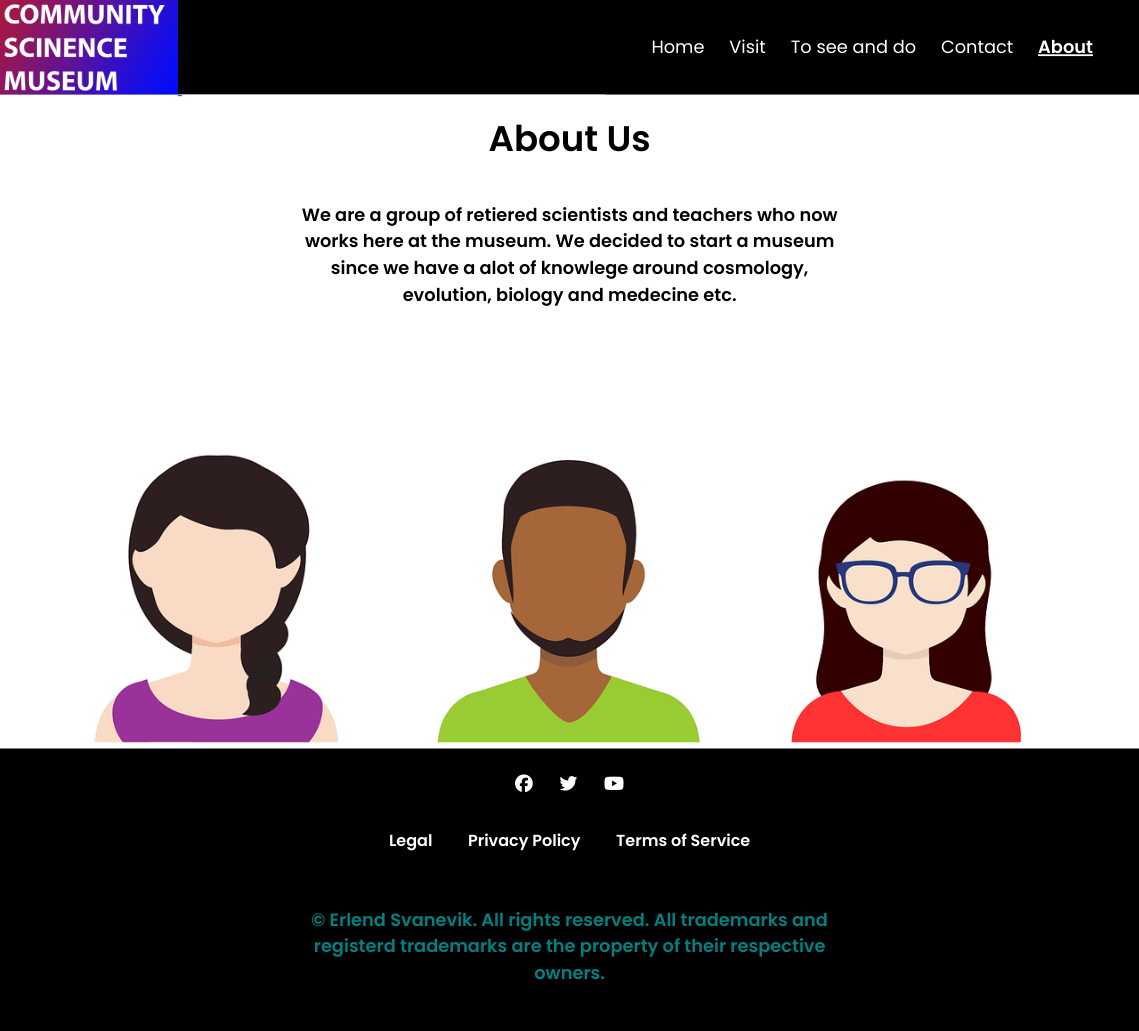
Repository: EpleWasTaken/Semester-Project
Page: about.html
These files come from the project's save history. The page is drawn as it stood at one moment and after the next save; the edit follows.
The browser window is 1280 px wide. The pictures show the whole page, at 89% of full size.
Some web libraries are served in a nearby version.

Above is the page before, as saved 2020-12-12 13:03:38.

### about.html
<!DOCTYPE html>
<html lang="en">
<head>
    <meta charset="UTF-8">
    <meta name="viewport" content="width=device-width, initial-scale=1.0">
    <meta name="keywords" content="museum, science museum, community museum">
    <meta name="author" content="Erlend Molvik Svanevik">
    <title>CMS About</title>

    <link rel="preconnect" href="https://fonts.gstatic.com">
    <link href="https://fonts.googleapis.com/css2?family=Poppins:ital,wght@0,100;0,200;0,300;0,400;0,500;0,600;1,100;1,200;1,300;1,400;1,500;1,600&display=swap" rel="stylesheet">
    <link rel="stylesheet" href="./css/styles.css">
    <link rel="stylesheet" href="./css/footer.css">
    <link rel="stylesheet" href="/css/hamburger.css">
    <script src="https://kit.fontawesome.com/cafca22d75.js" crossorigin="anonymous"></script>
</head>


<!--NAVIGAION, LOGO AND SEARCH BAR-->


<body>
    <header>
        <a href="index.html" aria-label="Go to frontpage">
            <img src="/Images/CommunityScienceMuseum.jpg" class="logo" alt="Community Science Museum logo">
        </a>
        <label class="hamburger-label" for="hamburger-menu" aria-label="Hamburger menu for navigation"><i class="fas fa-bars fa-2x"></i></label>
        <input type="checkbox" id="hamburger-menu">
        <nav>
            <ul class="nav">
                <li><a href="index.html" aria-label="Go to home page">Home</a></li>
                <li><a href="visit.html" aria-label="Go to the visit page">Visit</a></li>
                <li><a href="to-see-and-do.html" aria-label="Go to: To see and do">To see and do</a></li>
                <li><a href="contact.html" aria-label="Go to the contact page">Contact</a></li>
                <li><a href="about.html" aria-label="Go to the about page" class="active">About</a></li>
            </ul>
        </nav>
    </header>


<!--CONTENT-->


<main>
    <div class="about-container">
        <div class="about-page">
            <h2>About Us</h2>
            <p>We are a group of retiered scientists and teachers who now works here at the museum. We decided to start a museum since we have a alot of knowlege around cosmology, evolution, biology and medecine etc.</p>
        </div>
    </div>
    <img src="./Images/Avatar2.png">
</main>


<!--FOOTER, TOS/LEGAL/PRIVACY-POLICY AND SOCIALS-->


    <footer class="footer">
        <div class="footer-container">
            <ul class="footer-social">
                <li>
                    <a href="#0" class="facebook"><i class="fab fa-facebook"></i></a>
                </li>
                <li>
                    <a href="#0" class="twitter"><i class="fab fa-twitter"></i></a>
                </li>
                <li>
                    <a href="#0" class="youtube"><i class="fab fa-youtube"></i></a>
                </li>
            </ul>
        </div>
        <div class="footer-container">
            <div class="footer-legal">
                <a href="#0">Legal</a>
                <a href="#0">Privacy Policy</a>
                <a href="#0">Terms of Service</a>
            </div>
            <div class="footer-copyright">
                <p>&copy; Erlend Svanevik. All rights reserved. All trademarks and registerd trademarks are the property of
                   their respective owners.
                </p>
            </div>
        </div>
    </footer>
</body>
</html>

### css/styles.css
* {
	margin: 0px;
	padding: 0px;
	box-sizing: border-box;
}

body {
	font-family: 'poppins', sans-serif;
	background: white;
}

nav {
	background-color: black;
}

header {
	background: black;
	height: 53.13px;
}

.logo {
	max-width: 100px;
}

a.fas.fa-phone,
a.fas.fa-envelope {
	display: flex;
	justify-content: center;
	align-items: center;
	font-size: 30px;
}

.contact-form {
	display: flex;
	flex-direction: column;
	justify-content: center;
	align-items: center;
	margin: auto;
}

.email {
	display: flex;
}

/* NAVIGATION/HAMBURGER MENU/CLICKEBLE
-------------------------------------------*/

/*PICTURES
-----------------------------------------------*/

.homepic,
.space,
.mammoth,
.people,
.science,
.ant {
	width: auto;
	max-width: 100%;
	height: auto;
	margin-bottom: 3vh;
}

/*TEXT/FONT/TEXT ALIGNMENY
--------------------------------------------------*/

h1 {
	display: flex;
	align-items: center;
	justify-content: center;
	margin-left: auto;
	margin-right: auto;
	font-weight: 600;
	font-size: 30px;
	margin: 40px;
	text-align: center;
}

h2 {
	display: flex;
	align-items: center;
	justify-content: center;
	margin-left: auto;
	margin-right: auto;
	font-weight: 600;
	font-size: 25px;
	margin: 40px;
	text-align: center;
}

h3 {
	display: flex;
	align-items: center;
	justify-content: center;
	font-weight: 600;
	font-size: 20px;
	margin: 40px;
	text-align: center;
}

p {
	display: flex;
	align-items: center;
	justify-content: center;
	font-weight: 600;
	font-size: 15px;
	margin: 40px;
	max-width: 70%;
	margin-left: auto;
	margin-right: auto;
	text-align: center;
}

.open-hours p {
	margin: 20px;
	margin-left: auto;
	margin-right: auto;
	align-items: center;
	justify-content: center;
	text-align: center;
}

.contact-container {
	display: flex;
	flex-direction: row;
	align-items: center;
}

.mail {
	display: flex;
	justify-content: center;
	align-items: center;
}

@media screen and (min-width: 1024px) {
	body {
		font-family: 'poppins', sans-serif;
		font-weight: 400;
	}

	header {
		height: 106.25px;
	}

	.logo {
		max-width: 200px;
	}

	.homepic {
		display: flex;
		flex-direction: column;
		justify-content: center;
		align-items: center;
		max-width: 1664px;
		margin-left: auto;
		margin-right: auto;
	}

	h1,
	h2,
	h3,
	p {
		display: flex;
		align-items: center;
		justify-content: center;
	}

	h1 {
		font-size: 60px;
		margin: 40px;
	}

	h2 {
		font-size: 40px;
		margin: 20px;
	}

	h3 {
		font-size: 30px;
		margin: 15px;
	}

	p {
		font-size: 20px;
		margin: 40px;
		max-width: 50%;
		margin-left: auto;
		margin-right: auto;
	}

	.space,
	.mammoth,
	.people,
	.science,
	.ant {
		display: flex;
		left: 0;
		right: 0;
		max-width: 800px;
		justify-content: center;
		align-items: center;
		margin: auto;
		padding: 4vh;
	}
}

### css/footer.css
/* FOOTER */

* {
	padding: 0;
	margin: 0;
	box-sizing: border-box;
}

footer {
	display: flex;
	flex-direction: column;
	justify-content: center;
	align-items: center;
	background-color: black;
	font-family: 'Poppins', sans-serif;
	font-weight: 600;
	padding: 10px;
}

.footer-container {
	display: flex;
	flex-direction: column;
	justify-content: center;
	align-items: center;
}

.footer-social {
	font-size: 35px;
}

.footer-social li a {
	color: white;
}

.footer-legal {
	display: flex;
	flex-direction: column;
	text-decoration: none;
	align-items: center;
	justify-content: center;
	font-size: 20px;
}

.footer-legal a {
	display: flex;
	text-decoration: none;
	flex-direction: row;
	padding: 15px;
}

.footer-social li a.facebook:hover {
	color: #3b5998;
}

.footer-social li a.twitter:hover {
	color: #00acee;
}

.footer-social li a.youtube:hover {
	color: #c4302b;
}

.footer-legal a {
	color: white;
}

.footer-legal a:hover {
	color: #008080;
}

.footer-copyright {
	display: flex;
	flex-direction: column;
	text-decoration: none;
	justify-content: center;
	align-items: center;
	text-align: center;
	font-size: 14px;
	color: #008080;
}

ul {
	list-style: none;
}

@media screen and (min-width: 1024px) {
	.footer-legal {
		display: flex;
		flex-direction: row;
		justify-content: center;
		align-items: center;
		font-size: 18px;
	}

	.footer-legal a {
		display: flex;
		flex-direction: row;
		justify-content: center;
		align-items: center;
		padding: 20px;
	}

	.footer-social {
		display: flex;
		flex-direction: row;
		justify-content: center;
		align-items: center;
		text-decoration: none;
	}

	.footer-container {
		text-decoration: none;
	}

	.footer-social li {
		display: flex;
		flex-direction: row;
		text-decoration: none;
		margin: 15px;
	}
}

### css/hamburger.css
* {
	margin: 0px;
	padding: 0px;
	box-sizing: border-box;
}

nav,
#hamburger-menu {
	display: none;
	z-index: 1;
}

nav ul {
	padding: 0px;
}

nav li {
	display: block;
}

ul a {
	margin: 40px;
	font-size: 20px;
}

nav a {
	text-decoration: none;
	color: white;
	display: block;
	justify-content: center;
	align-items: center;
}

.nav {
	display: block;
	position: absolute;
	justify-content: space-between;
	right: 0;
	top: 5;
	height: 100%;
	width: 100%;
	background-color: black;
	text-align: center;
}

.hamburger-label {
	color: #fff;
	padding: 10px;
	font: 1.5em;
	display: block;
	position: absolute;
	right: 0;
	top: 0px;
}

.active {
	font-weight: 600;
	text-decoration: underline;
}

#hamburger-menu:checked ~ nav {
	display: flex;
}

@media screen and (min-width: 1024px) {
	nav {
		display: inline-block;
	}

	.active {
		font-weight: 600;
		text-decoration: underline;
	}

	.hamburger-label {
		display: none;
	}

	nav ul {
		padding: 0px;
		color: #fff;
		font: 1.5em;
		display: flex;
		position: absolute;
		right: 0;
		top: 0px;
		min-width: 600px;
		align-items: center;
		padding: 38px;
	}

	nav li {
		display: block;
	}

	nav a {
		text-decoration: none;
		color: white;
		display: block;
	}

	.nav {
		display: flex;
		justify-content: space-around;
		text-decoration: none;
		background-color: black;
		height: auto;
		width: auto;
		margin: auto;
	}

	ul a {
		margin: auto;
	}
}

After the next save:
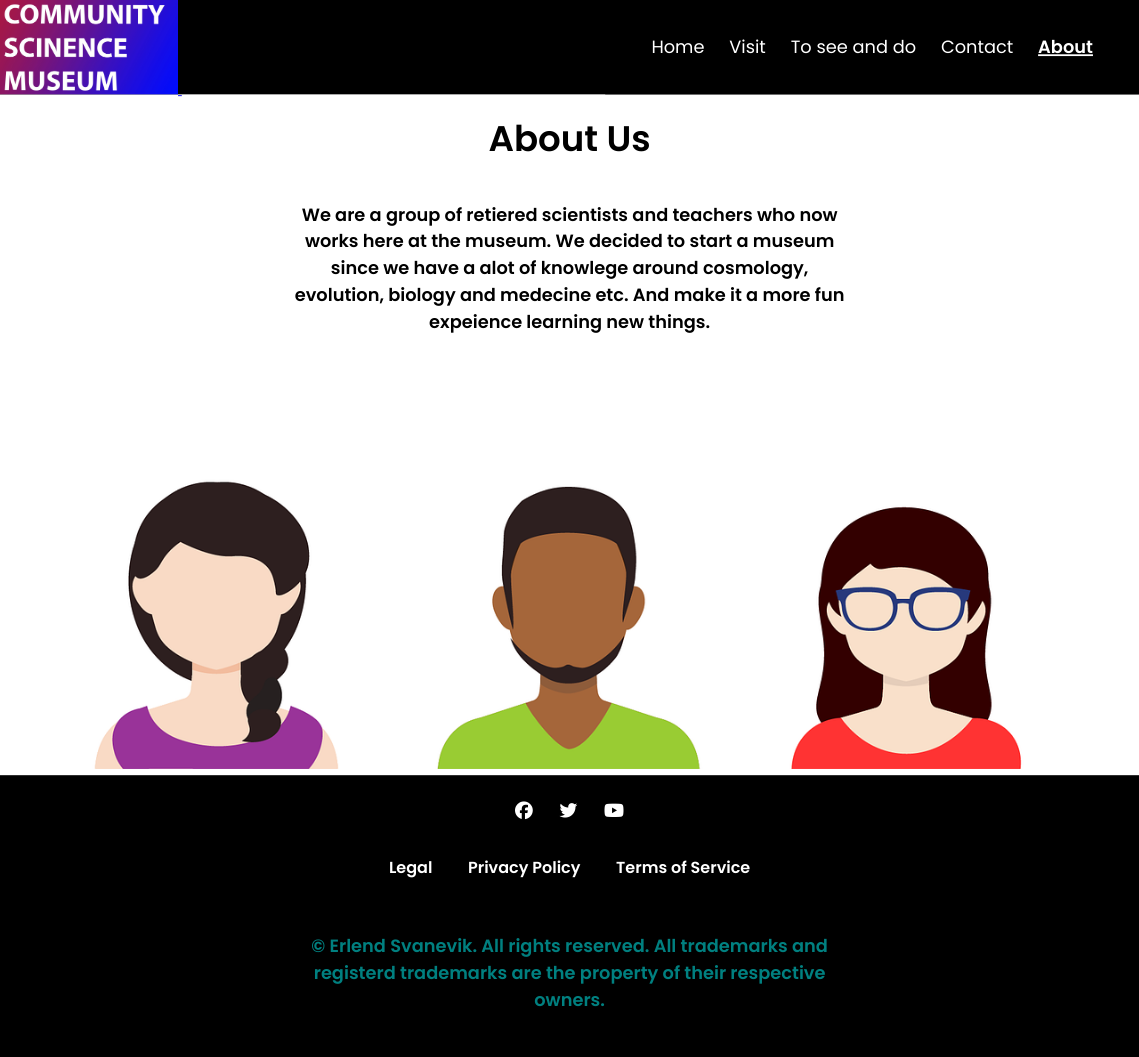
Saved 73 s later.
--- a/about.html
+++ b/about.html
@@ -45,7 +45,7 @@
     <div class="about-container">
         <div class="about-page">
             <h2>About Us</h2>
-            <p>We are a group of retiered scientists and teachers who now works here at the museum. We decided to start a museum since we have a alot of knowlege around cosmology, evolution, biology and medecine etc.</p>
+            <p>We are a group of retiered scientists and teachers who now works here at the museum. We decided to start a museum since we have a alot of knowlege around cosmology, evolution, biology and medecine etc. And make it a more fun expeience learning new things.</p>
         </div>
     </div>
     <img src="./Images/Avatar2.png">
